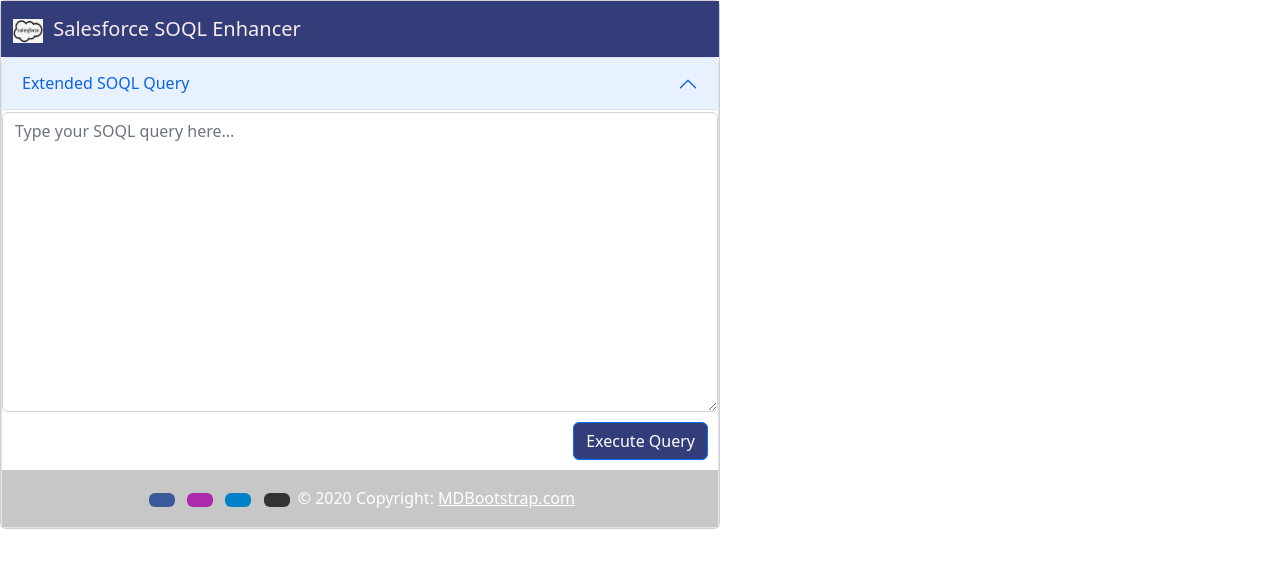
Repository: anweshpargi/salesforceExtension
Page: popup.html
An editor plug-in stored every save of this project. The page is shown before and after the next save, followed by the edit.
The browser window is 1280 px wide. The pictures show the whole page.

Above is the page before, as saved 2023-08-28 10:46:59.
Not found: js/jsforce.js

After the next save:
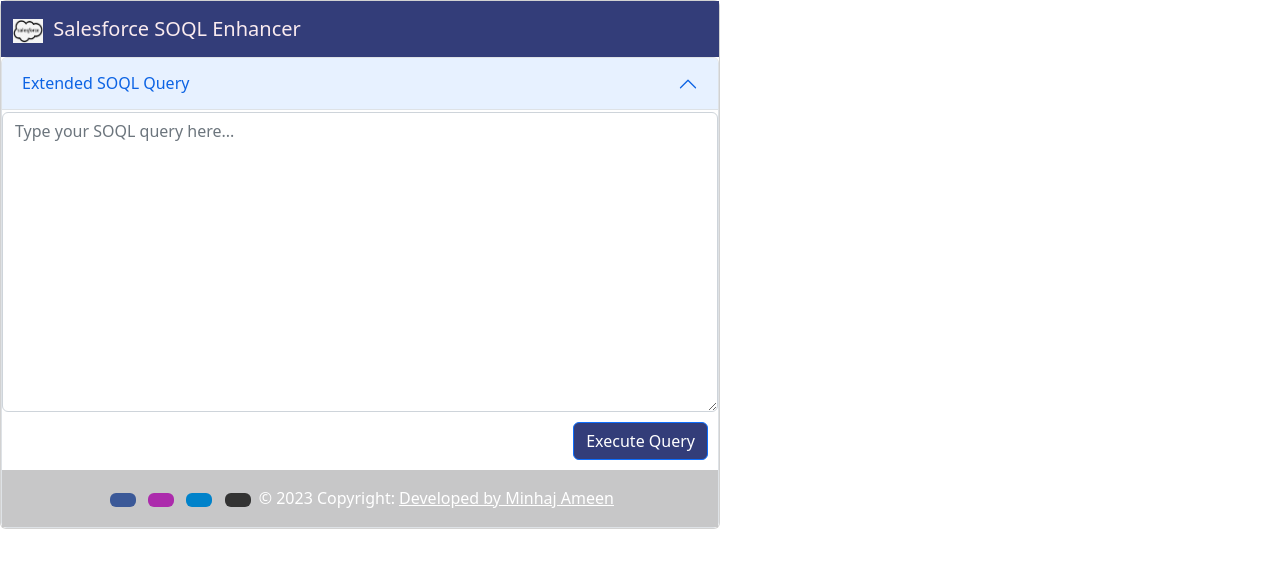
Saved 64 s later.
--- a/popup.html
+++ b/popup.html
@@ -92,8 +92,8 @@
                         role="button"
                         ><i class="fab fa-github"></i
                       ></a>
-                      © 2020 Copyright:
-                      <a class="text-white" href="https://mdbootstrap.com/">MDBootstrap.com</a>
+                      © 2023 Copyright:
+                      <a class="text-white" href="#">Developed by Minhaj Ameen</a>
                     </div>
 
                 </div>
